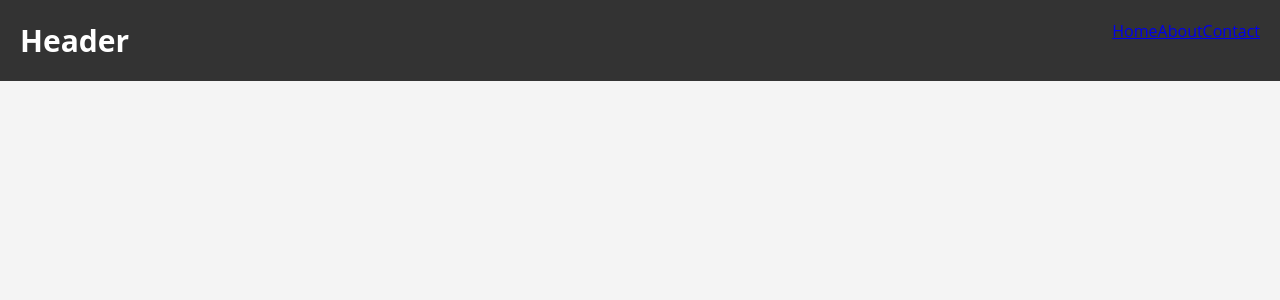
Repository: kennyowusu/landing-page
Page: index.html
The author's editor kept a copy of each file at every save. The page is drawn from the files as they stood at one save, then again after a run of saves.
The browser window is 1280 px wide. The pictures show the whole page.

Above is the page before, as saved 2023-02-24 09:46:50.

### index.html
<!DOCTYPE html>
<html lang="en">
<head>
 <meta charset="UTF-8">
 <meta http-equiv="X-UA-Compatible" content="IE=edge">
 <meta name="viewport" content="width=device-width, initial-scale=1.0">
 <title>Landing Page</title>
 <link rel="stylesheet" href="style.css" />
</head>
<body>

 <header class="header">
  <h1 class="brand">Header</h1>
  <nav class="navigation">
   <ul class="list-items">
    <li><a href="index.html">Home</a></li>
    <li><a href="about.html">About</a></li>
    <li><a href="contact.html">Contact</a></li>
   </ul>
  </nav>
 </header>
</body>
</html>

### style.css
* {
 margin: 0;
 padding: 0;
 box-sizing: border-box;
}

body {
 font-family: 'Open Sans', sans-serif;
 background-color: #f4f4f4;
}

.header {
 background: #333;
 color: #fff;
 padding: 20px;
 display: flex;
}

.brand {
 font-size: 30px;
 font-weight: bold;
}

.navigation {
 margin-left: auto;
}

.navigation ul {
 list-style: none;
 display: flex;
 justify-content: space-between;
}

After the next 2 saves:
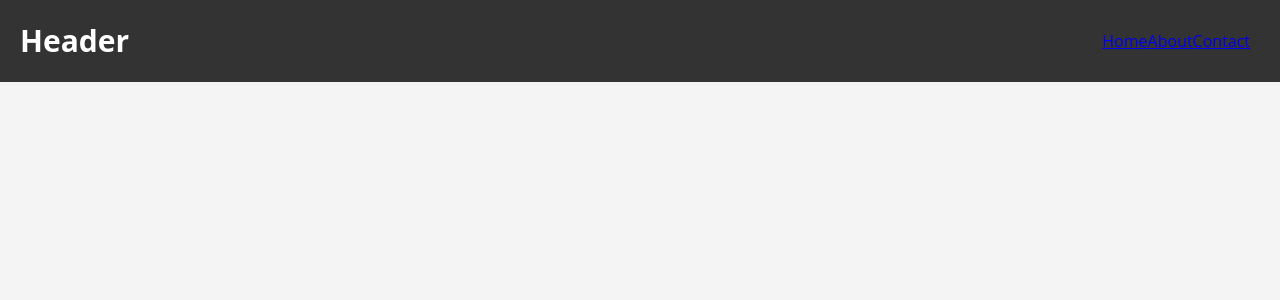
The 2 saves are shown as one change because they came seconds apart.
The last was saved 11 s later.
--- a/style.css
+++ b/style.css
@@ -30,3 +30,7 @@
  display: flex;
  justify-content: space-between;
 }
+
+.list-items {
+ padding: 10px;
+}
